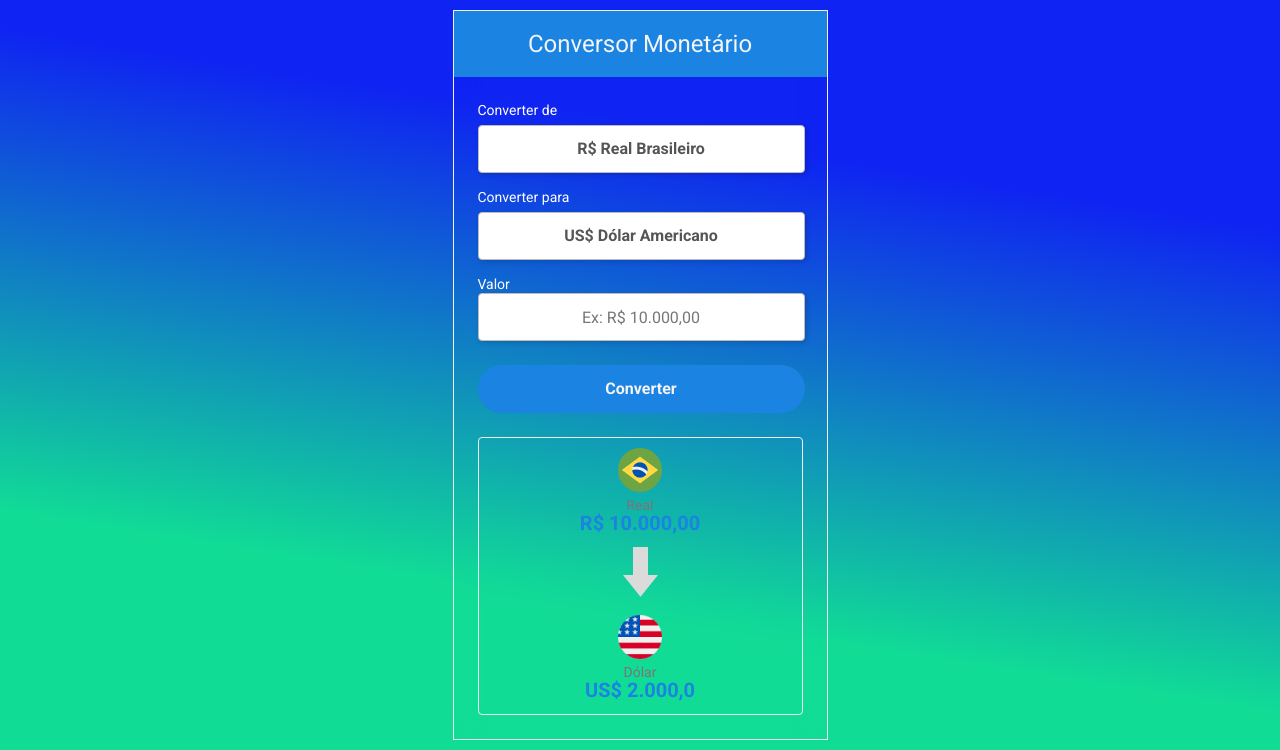
Repository: isayrous/coin-converter
Page: index.html
An editor plug-in stored every save of this project. The page is shown before and after the next save, followed by the edit.
The browser window is 1280 px wide. The pictures show the whole page.

Above is the page before, as saved 2022-11-02 23:53:55.

### index.html
<!DOCTYPE html>
<html lang="pt-br">
<head>
    <meta charset="UTF-8">
    <meta http-equiv="X-UA-Compatible" content="IE=edge">
    <meta name="viewport" content="width=device-width, initial-scale=1.0">
    <link rel='stylesheet' href="./style.css">
    <link rel="preconnect" href="https://fonts.googleapis.com">
    <link rel="preconnect" href="https://fonts.gstatic.com" crossorigin>
    <link href="https://fonts.googleapis.com/css2?family=Roboto:wght@400;700&display=swap" rel="stylesheet">
    <title>Conversor Monetário</title>
</head>
<body>
    <div class="container">

        <header>
            <h1>Conversor Monetário</h1>
        </header>

        <main>
            <label>
                Converter <strong>de</strong>
                <select id="first-select">
                    <option>R$ Real Brasileiro</option>
                    <option>US$ Dólar Americano</option>
                    <option>Bitcoin</option>
                    <option>€ Euro</option>
                </select>
            </label>

            <label>
                Converter <strong>para</strong>
                <select id="seccond-select">
                    <option>US$ Dólar Americano</option>
                    <option>Bitcoin</option>
                    <option>€ Euro</option>
                    <option>R$ Real Brasileiro</option>
                </select>
            </label>

            <label>
                <b>Valor</b>
                <input id='values' placeholder="Ex: R$ 10.000,00">
            </label>

            <button id="button-converter" >Converter</button>

            <section>
                <div>
                    <img id="currency-img1" src="./assets/BRL.png">
                    <p id="first-currency">Real</p>
                    <p id="return-input1" class="value">R$ 10.000,00</p>
                </div>

                <img src="./assets/Vector.png"><br>

                <div>
                    <img id="currency-img2" src="./assets/USA.png">
                    <p id ="seccond-currency">Dólar</p>
                    <p id="return-input2" class="value">US$ 2.000,0</p>
                </div>

            </section>

        </main>

    </div>

</body>
<script src='./scripts.js'></script>
</html>

### style.css
* {
    padding: 0;
    margin: 0;
    box-sizing: border-box;
    font-family: 'Roboto', sans-serif;
    font-style: normal;
    font-weight: normal;
    line-height: 18px;
}

body{
    background: linear-gradient(189deg, rgba(15,35,242,1) 24%, rgba(17,220,150,1) 75%);
    width: 100%;
    height: 100%;
    display: flex;
    justify-content: center;
    padding: 10px;
}

.container {
    height: 100%;
    width: 375px;
    background: transparent;
    border: 1px solid #f0f0f0;
    backdrop-filter: blur(15px);
}

header {
    background-color: #1b83e2;
    height: 66px;
    display: flex;
    justify-content: center;
    align-items: center;
}

h1 {
    font-size: 24px;
    color:#F4F4F4;
}

main {
    padding: 24px;
}

label{
    font-weight: 400;
    font-size: 14px;
    color: #fff;
    width: 375px;
}

select{
    width: 327px;
    height: 48px;
    background: #FFFFFF;
    border: 1px solid #BBBBBB;
    border-radius: 4px;
    font-weight: 700;
    font-size: 16px;
    color: #555555;
    text-align: center;
    display: block;
    cursor: pointer;
    outline: none;
    appearance: none;
    box-shadow: 2px 2px 5px 0px #00000026;
    margin-bottom: 15px;
    margin-top: 6px;
}

input{
    width: 327px;
    height: 48px;
    background: #FFFFFF;
    border: 1px solid #BBBBBB;
    border-radius: 4px;
    font-weight: 700;
    font-size: 16px;
    color: #555555;
    text-align: center;
    box-shadow: 2px 2px 5px 0px #00000026;
    outline: none;

}

button {
    background: #1B83E2;
    border-radius: 25px;
    height: 48px;
    width: 327px;
    font-weight: 700;
    font-size: 16px;
    color: #F4F4F4;
    margin: 24px 0px 24px;
    border: none;
    cursor: pointer;
}

button:hover {
    opacity: 0.8;
}

button:active {
    opacity: 0.7;
}

section{
    border: 1px solid #f0f0f0;
    border-radius: 4px;
    padding-top: 10px;
    display: flex;
    flex-direction: column;
    align-items: center;
    text-align: center;
}

p {
    font-weight: 400;
    font-size: 14px;
    color: #777777;
}

.value {
    color: #1B83E2;
    font-weight: 700;
    font-size: 20px;
    margin-bottom: 15px;
}

input::placeholder{color: #777777;
    font-weight: 100;}


@media screen and (max-width: 900px){
    .container {
        height: 100%;
        width: 100%;
    }

    header {
        height: 50px;
    }

    h1 {
        font-size: 20px;
    }

    main {
        padding: 4%;
    }

    label{
        font-size: 0.8rem;
    }

    select{
        font-size: 1rem;
        color: #555555;
        margin-bottom: 10px;
    }

    input{
        font-size: 1rem;
    }

    button {
        font-size: 1rem;
    }

    p {
        font-weight: 700;
        font-size: 0.8rem;
        color: #777777;
    }

    .value {
        font-size: 1rem;
    }
}

### scripts.js
const convert = document.getElementById("button-converter")
const select2 = document.getElementById("seccond-select")
const select1 = document.getElementById("first-select")
/* REAL, DOLAR, BITCOIN , EURO */
const real = [5.16, 5.08]
const dolar = [0.19 , 0.98]
const euro = [0.20 , 1.02]
const bitcoin = [98137.74 , 19010.10 , 19269.79]


const convertvalue = () => {
    const input = document.getElementById("values").value
    const returninput1 = document.getElementById("return-input1")
    const returninput2 = document.getElementById("return-input2")
    /* RETURNS DO INPUT 1 */

    if (select1.value === 'R$ Real Brasileiro') {
        returninput1.innerHTML = new Intl.NumberFormat('pt-BR', {
            style: 'currency', currency: 'BRL'
        }).format(input)

        if (select2.value === 'US$ Dólar Americano') {
            returninput2.innerHTML = new Intl.NumberFormat('en-US', {
                style: 'currency', currency: 'USD'
            }).format(input * dolar[0])
        }
        else if (select2.value === '€ Euro') {
            returninput2.innerHTML = new Intl.NumberFormat('de-DE', {
                style: 'currency', currency: 'EUR'
            }).format(input * euro[0])
        }
        else if (select2.value === 'Bitcoin'){
            returninput2.innerHTML = (input / bitcoin[0]).toFixed(2)
        }
        else if (select2.value === 'R$ Real Brasileiro') {
            returninput2.innerHTML = new Intl.NumberFormat('pt-BR', {
                style: 'currency', currency: 'BRL'
            }).format(input)
        }
    }


    else if (select1.value === 'US$ Dólar Americano') {
        returninput1.innerHTML = new Intl.NumberFormat('en-US', {
            style: 'currency', currency: 'USD'
        }).format(input)

        if (select2.value === 'US$ Dólar Americano') {
            returninput2.innerHTML = new Intl.NumberFormat('en-US', {
                style: 'currency', currency: 'USD'
            }).format(input)
        }
        else if (select2.value === '€ Euro') {
            returninput2.innerHTML = new Intl.NumberFormat('de-DE', {
                style: 'currency', currency: 'EUR'
            }).format(input * euro[1])
        }
        else if (select2.value === 'Bitcoin'){
            returninput2.innerHTML = (input / bitcoin[1]).toFixed(2)
        }
        else if (select2.value === 'R$ Real Brasileiro') {
            returninput2.innerHTML = new Intl.NumberFormat('pt-BR', {
                style: 'currency', currency: 'BRL'
            }).format(input * real[0])
        }

    }

    else if (select1.value === '€ Euro') {
        returninput1.innerHTML = new Intl.NumberFormat('de-DE', {
            style: 'currency', currency: 'EUR'
        }).format(input)

        if (select2.value === 'US$ Dólar Americano') {
            returninput2.innerHTML = new Intl.NumberFormat('en-US', {
                style: 'currency', currency: 'USD'
            }).format(input * dolar[1])
        }
        else if (select2.value === '€ Euro') {
            returninput2.innerHTML = new Intl.NumberFormat('de-DE', {
                style: 'currency', currency: 'EUR'
            }).format(input)
        }
        else if (select2.value === 'Bitcoin'){
            returninput2.innerHTML = (input / bitcoin[1]).toFixed(2)
        }
        else if (select2.value === 'R$ Real Brasileiro') {
            returninput2.innerHTML = new Intl.NumberFormat('pt-BR', {
                style: 'currency', currency: 'BRL'
            }).format(input * real[1])
        }
    }

    else if (select1.value === 'Bitcoin') {
        returninput1.innerHTML = (input)

        if (select2.value === 'US$ Dólar Americano') {
            returninput2.innerHTML = new Intl.NumberFormat('en-US', {
                style: 'currency', currency: 'USD'
            }).format(input * bitcoin[1])
        }
        else if (select2.value === '€ Euro') {
            returninput2.innerHTML = new Intl.NumberFormat('de-DE', {
                style: 'currency', currency: 'EUR'
            }).format(input * bitcoin[2])
        }
        else if (select2.value === 'Bitcoin'){
            returninput2.innerHTML = (input)
        }
        else if (select2.value === 'R$ Real Brasileiro') {
            returninput2.innerHTML = new Intl.NumberFormat('pt-BR', {
                style: 'currency', currency: 'BRL'
            }).format(input * bitcoin[0])
        }


    }

}

const change2 = () => {
    const currencyName2 = document.getElementById("seccond-currency")
    const currencyImg2 = document.getElementById("currency-img2")

    if (select2.value === '€ Euro') {
        currencyName2.innerHTML = '€ Euro'
        currencyImg2.src = "./assets/EURO.png"
    } else if (select2.value === 'Bitcoin') {
        currencyName2.innerHTML = 'Bitcoin'
        currencyImg2.src = "./assets/BITCOIN.png"
    } else if (select2.value === 'US$ Dólar Americano') {
        currencyName2.innerHTML = 'Dólar'
        currencyImg2.src = "./assets/USA.png"
    } else if (select2.value === 'R$ Real Brasileiro') {
        currencyName2.innerHTML = 'Real'
        currencyImg2.src = "./assets/BRL.png"
    }

    convertvalue()
}

const change1 = () => {
    const currencyName1 = document.getElementById("first-currency")
    const currencyImg1 = document.getElementById("currency-img1")

    if (select1.value === '€ Euro') {
        currencyName1.innerHTML = '€ Euro'
        currencyImg1.src = "./assets/EURO.png"
    } else if (select1.value === 'Bitcoin') {
        currencyName1.innerHTML = 'Bitcoin'
        currencyImg1.src = "./assets/BITCOIN.png"
    } else if (select1.value === 'US$ Dólar Americano') {
        currencyName1.innerHTML = 'Dólar'
        currencyImg1.src = "./assets/USA.png"
    } else if (select1.value === 'R$ Real Brasileiro') {
        currencyName1.innerHTML = 'Real'
        currencyImg1.src = "./assets/BRL.png"
    }
    convertvalue()

}

convert.addEventListener('click', convertvalue)
select1.addEventListener('change', change1)
select2.addEventListener('change', change2)

After the next save:
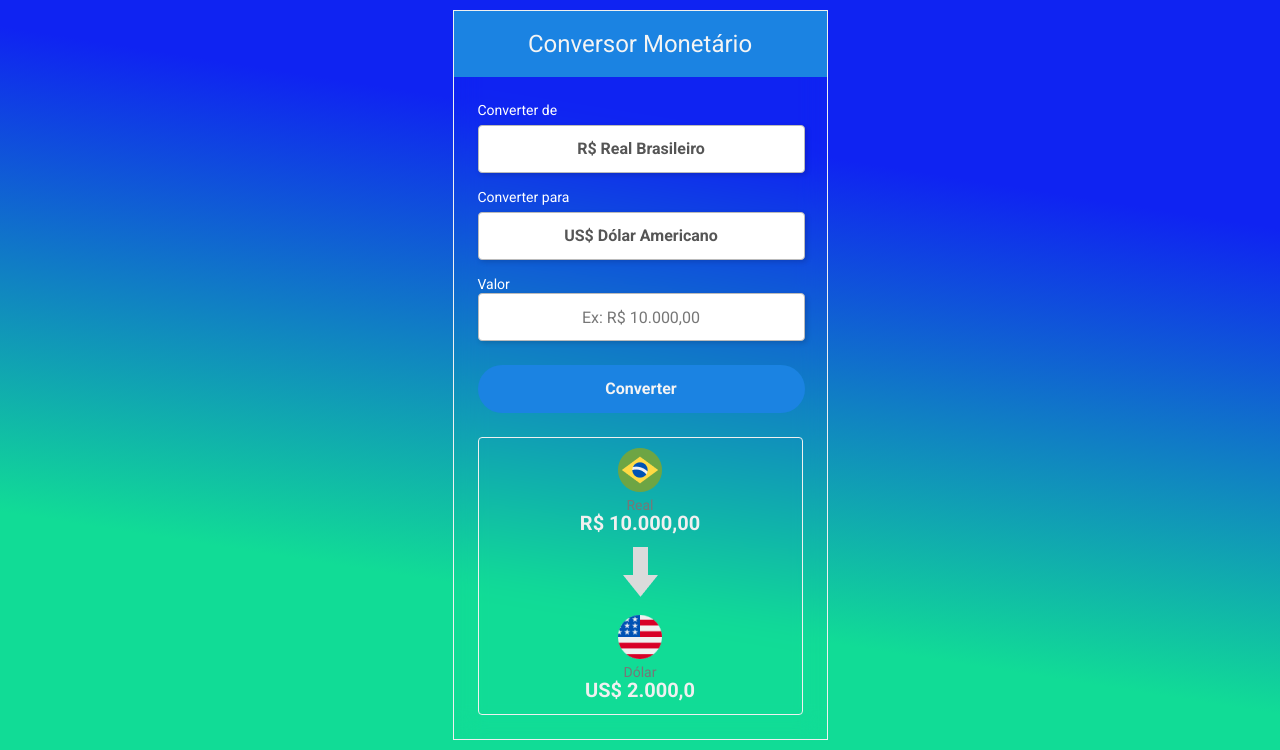
Saved 13 s later.
--- a/style.css
+++ b/style.css
@@ -121,7 +121,7 @@ p {
 }
 
 .value {
-    color: #1B83E2;
+    color: #f0f0f0;
     font-weight: 700;
     font-size: 20px;
     margin-bottom: 15px;
